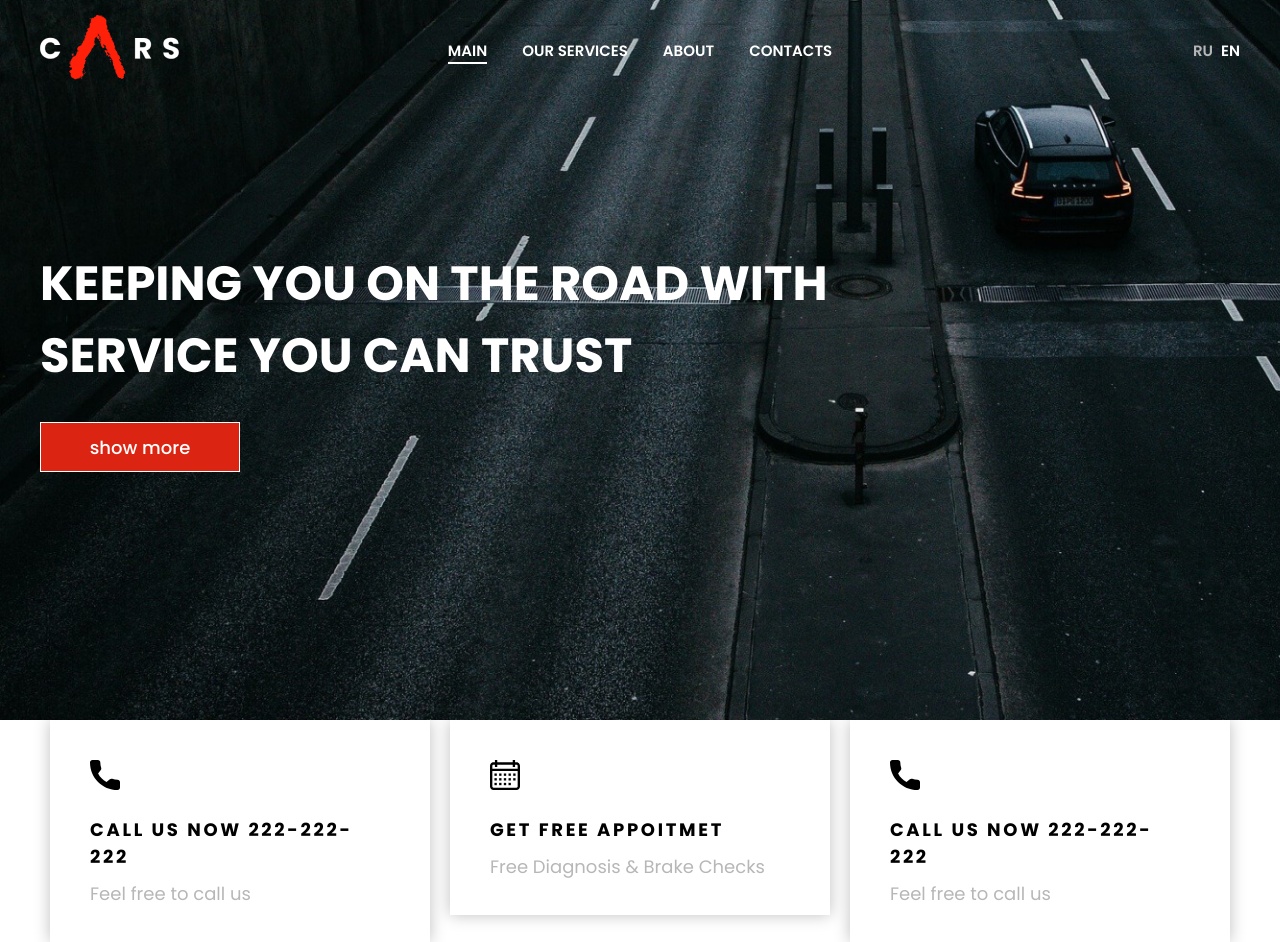
Repository: Earn1ll/car_repair
Page: index.html
An editor plug-in stored every save of this project. The page is shown before and after the next save, followed by the edit.
The browser window is 1280 px wide. The pictures show the whole page.

Above is the page before, as saved 2022-09-18 16:12:09.

### index.html
<!DOCTYPE html>
<html lang="en">
<head>
    <meta charset="UTF-8">
    <meta http-equiv="X-UA-Compatible" content="IE=edge">
    <meta name="viewport" content="width=device-width, initial-scale=1.0">
    <title>car repair</title>
    <link rel="stylesheet" href="css/style.css">
</head>
<body>
    <header class="header">
        <div class="container">
            <div class="header__wrapper">
                <div class="header__block">
                    <a href="/" class="header__logo">
                        <img src="img/logo.png" alt="logo">
                    </a>
                </div>

                <nav class="nav">
                    <a href="#" class="nav__link active">Main</a>
                    <a href="#" class="nav__link">Our services</a>
                    <a href="#" class="nav__link">About</a>
                    <a href="#" class="nav__link">Contacts</a>
                </nav>

                <div class="header__block">
                    <div class="header__lng">
                        <a href="#" class="header__lng-link ">ru</a>
                        <a href="#" class="header__lng-link active">en</a>
                    </div>
                </div>

            </div>
        </div>
    </header>

    <section class="intro">
        <div class="container">
            <div class="intro__content">
                <div class="intro__block">
                    <h1 class="intro__title">
                        KEEPING YOU ON THE ROAD WITH
                        SERVICE YOU CAN TRUST
                    </h1>
                    <a href="#" class="btn">show more</a>
                </div>
            </div>
        </div>
    </section>

    <section class="info">
        <div class="container">
            <div class="info__wrapper">
                <div class="info__block">
                    <div class="info__item">
                        <div class="info__img">
                            <img src="img/phone.svg " alt="">
                        </div>
                        <h3 class="info__title">
                            CALL US NOW 222-222-222
                        </h3>
                        <p class="info__text">Feel free to call us</p>
                    </div>
                </div>

                <div class="info__block">
                    <div class="info__item">
                        <div class="info__img">
                            <img src="img/calendar.svg " alt="">
                        </div>
                        <h3 class="info__title">
                            GET FREE APPOITMET
                        </h3>
                        <p class="info__text">Free Diagnosis & Brake Checks</p>
                    </div>
                </div>

                <div class="info__block">
                    <div class="info__item">
                        <div class="info__img">
                            <img src="img/phone.svg " alt="">
                        </div>
                        <h3 class="info__title">
                            CALL US NOW 222-222-222
                        </h3>
                        <p class="info__text">Feel free to call us</p>
                    </div>
                </div>
            </div>
        </div>
    </section>
</body>
</html>

### css/style.css
@import url('https://fonts.googleapis.com/css2?family=Poppins:wght@400;500:600;700;800;900&display=swap');

*,*::before,::after {
    box-sizing: border-box;
}
body {
    margin: 0;
    font-family: 'Poppins', sans-serif;
    font-size: 15px;
}

h1,h2,h3,h4,h5,h6 {
    margin: 0;
}

p {
    margin: 0 0 5px;
}

.container {
    width: 1200px;
    margin: 0 auto;
}
.btn {
    display: inline-flex;
    align-items: center;
    justify-content: center;
    color: #fff;
    height: 50px;
    font-size: 18px;
    text-decoration: none;
    font-weight: 500;
    background-color: #DB2512;
    border: 1px solid;
    min-width: 200px;
    padding: 11px 15px;
    transition: background-color .2s ease;
}

.btn:hover {
    background-color: #991203;
}



/* header start working */
.header {
    width: 100%;
    position: absolute;
    top: 0;
    left: 0;
    z-index: 3;
}

.header__wrapper {
    height: 100px;
    display: flex;
    justify-content: space-between;
    align-items: center;
}

.header__block {
    width: 20%;
}

.header__logo {
    display: inline-block;
}

.header__logo img {
    height: 65px;
}

.nav {
    display: flex;
}

.nav__link {
    margin-right: 35px;
    color: #fff;
    text-transform: uppercase;
    text-decoration: none;
    font-weight: 600;
    position: relative;
}

.nav__link::after {
    width: 100%;
    height: 2px;
    background-color: #fff;
    position: absolute;
    top: 100%;
    left: 0;
    content: '';
    opacity: 0;
    transition: opacity .2s ease;

}

.nav__link:last-child {
    margin-right: 0;
}

.nav__link:hover::after {
    opacity: 1;
}

.nav__link.active::after {
    opacity: 1;
}

.header__lng {
    display: flex;
    justify-content: flex-end;

}

.header__lng-link {
    margin-right: 8px;
    text-transform: uppercase;
    text-decoration: none ;
    font-weight: 600;
    color: #b7b7b7;
    transition: color .2s ease;
}

.header__lng-link:hover {
    color: #fff;
}

.header__lng-link:last-child {
    margin-right: 0;
}

.header__lng-link.active {
    color: #fff;
}
/* header end working */
/* intro start working */

.intro {
    background: url('../img/intro_bg.jpg') no-repeat;
    background-size: cover;
    position: relative;
}

.intro::after {
    width: 100%;
    height: 100%;
    position: absolute;
    top: 0;
    left: 0;
    background-color: #000;
    opacity: .2;
}

.intro__content {
    height: 100vh ;
    background: no-repeat;
    display: flex;
    align-items: center;
    position: relative;
    z-index: 2;
}

.intro__block {

}

.intro__title {
    max-width: 790px;
    font-size: 48px;
    font-weight: 700;
    color: #fff;
    line-height: 1.5;
    margin-bottom: 30px;

}
/* intro end working */
/* info start */
.info {

}

.info__wrapper {
    display: flex;
    margin 0 -10px;
}

.info__block {
    width: 33.33%;
    padding: 0 10px;
}

.info__item {
    background-color: #fff;
    box-shadow: 0px 0px 15px rgba(0, 0, 0, 0.25);
    padding: 40px 40px 30px;
}

.info__img {
    margin-bottom: 20px;
}

.info__img img{
    height: 30px;
}

.info__title {
    margin-bottom: 10px;
    font-size: 18px;
    letter-spacing: 0.15em;
}

.info__text {
    font-size: 18px;
    color: #b7b7b7;
}
/* info end */

After the next save:
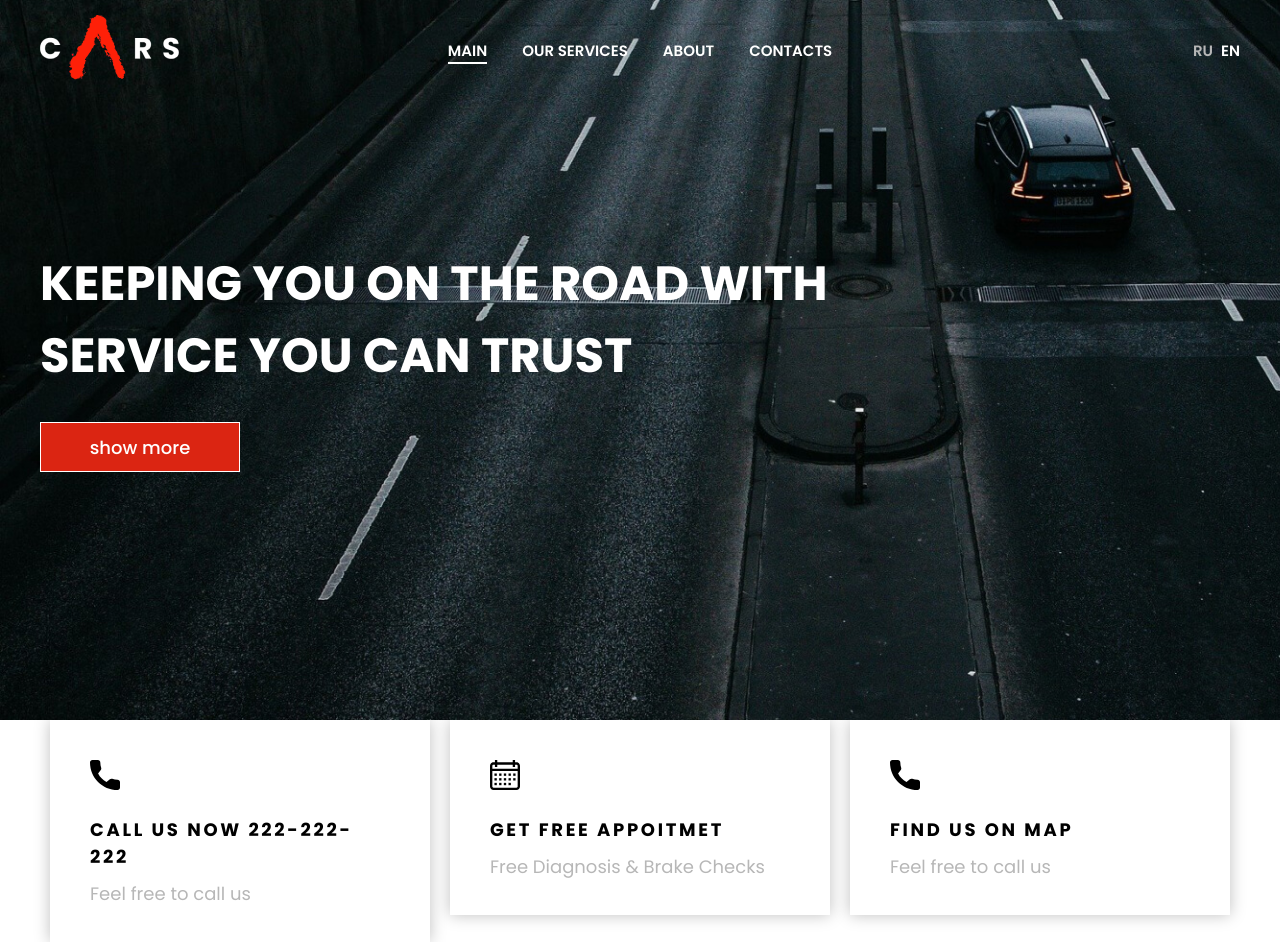
Saved 14 s later.
--- a/index.html
+++ b/index.html
@@ -82,7 +82,7 @@
                             <img src="img/phone.svg " alt="">
                         </div>
                         <h3 class="info__title">
-                            CALL US NOW 222-222-222
+                            FIND US ON MAP
                         </h3>
                         <p class="info__text">Feel free to call us</p>
                     </div>
